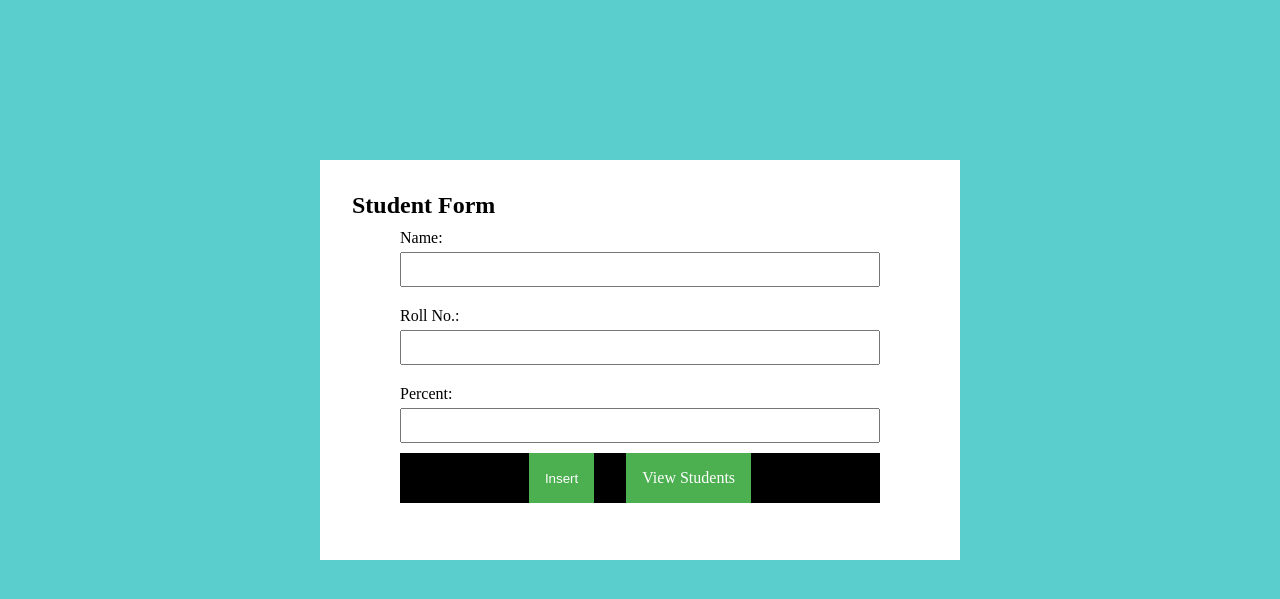
Repository: deeptimahisare1206/Todo_List
Page: http://localhost/Hib_Nest/
The author's editor kept a copy of each file at every save. The page is drawn from the files as they stood at one save, then again after the next save.
The browser window is 1280 px wide. The pictures show the whole page.
The page is served by Tomcat 10. Other server files are loaded and not shown.

Above is the page before, as saved 2024-11-17 16:12:46.

### Hib_Nest/src/main/webapp/index.jsp
<%@ page language="java" contentType="text/html; charset=UTF-8"
	pageEncoding="UTF-8"%>
<html>
<head>
<style>
*{
margin:0;
padding:0;
box-sizing: border-box;

}
body {
display:grid;
place-items:center;
	background-color: #5acdcd;
	gap: 2rem;
	height: 100vh;
}

.container{
padding:2rem;
	background-color: white;
	height: 25rem;
	width:50vw;
}

form {
    width: 30rem;
    margin: 0 auto;
}

label {
    display: block;
    margin: 10px 0 5px;
}

input[type="text"],
input[type="number"] {
    width: 100%;
    padding: 8px;
    margin-bottom: 10px;
}

input[type="submit"] ,a{
    background-color: #4CAF50;
    color: white;

    padding: 1rem;
    border: none;
    cursor: pointer;
    text-decoration: none;
}

input[type="submit"]:hover {
    background-color: #45a049;
}
.btns{
width: 100%;
background-color: black;
display: flex;
gap:2rem;
justify-content:center;
}
</style>
</head>
<body>
<div class="container">
	<h2>Student Form</h2>

	<form action="Register" method="get">
		<label>Name:</label><input type="text" name="name"><label>Roll
			No.: </label> <input type="number" name="roll"> <label>Percent:
		</label><input type="number" name="percent">
		<div class="btns"> <input type="submit"
			value="Insert">
			<a href="Display.jsp">View Students</a></div>
	</form>
	</div>
</body>
</html>

After the next save:
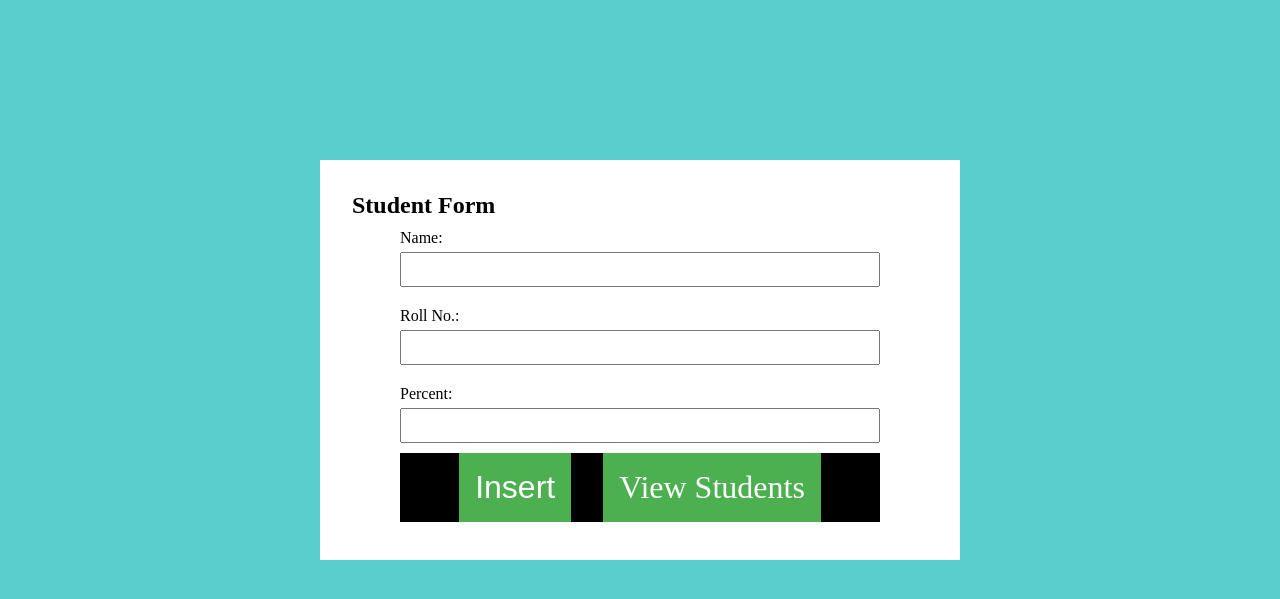
Saved 32 s later.
--- a/Hib_Nest/src/main/webapp/index.jsp
+++ b/Hib_Nest/src/main/webapp/index.jsp
@@ -44,7 +44,7 @@ input[type="number"] {
 input[type="submit"] ,a{
     background-color: #4CAF50;
     color: white;
-
+    font-size:2rem;
     padding: 1rem;
     border: none;
     cursor: pointer;
